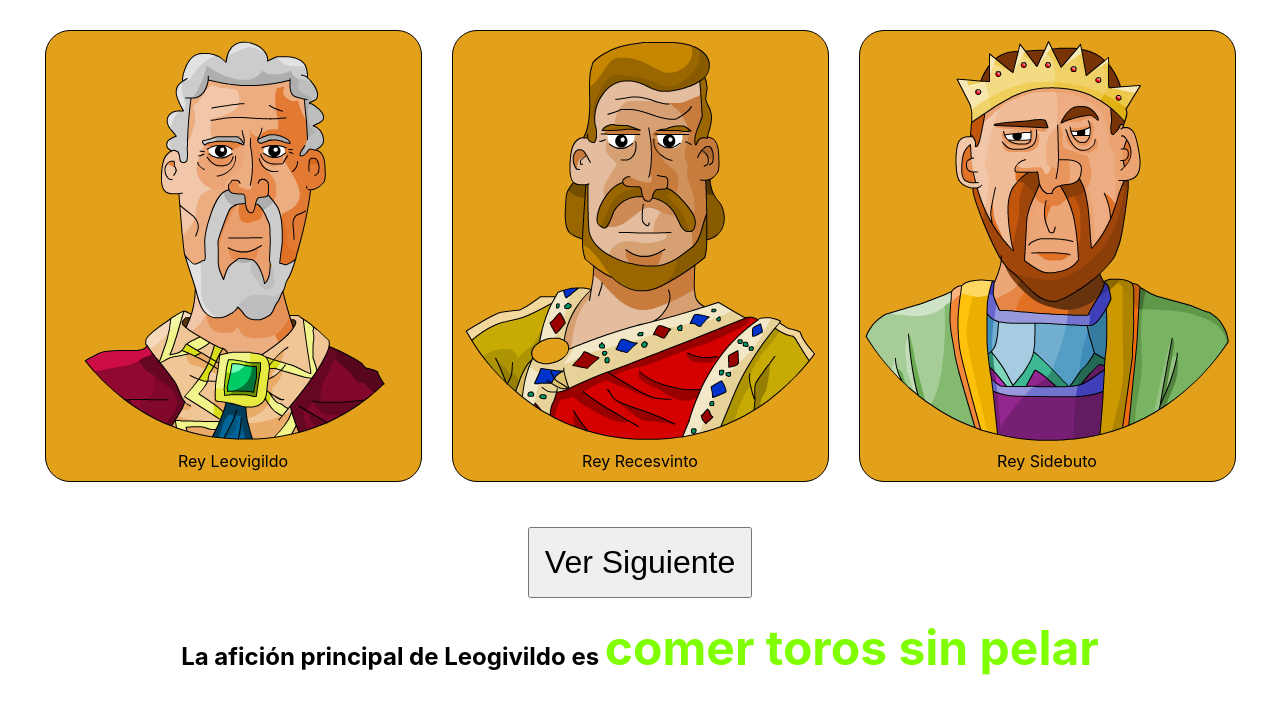
Repository: abgdev1997/ejercicios-react
Page: /
An editor plug-in stored every save of this project. The page is shown before and after the next save, followed by the edit.
The browser window is 1280 px wide. The pictures show the whole page.
The project was rebuilt for these pictures with package versions that can differ from the ones it lists, and the page was loaded fresh each time.

Above is the page before, as saved 2022-02-22 13:39:09.

After the next save:
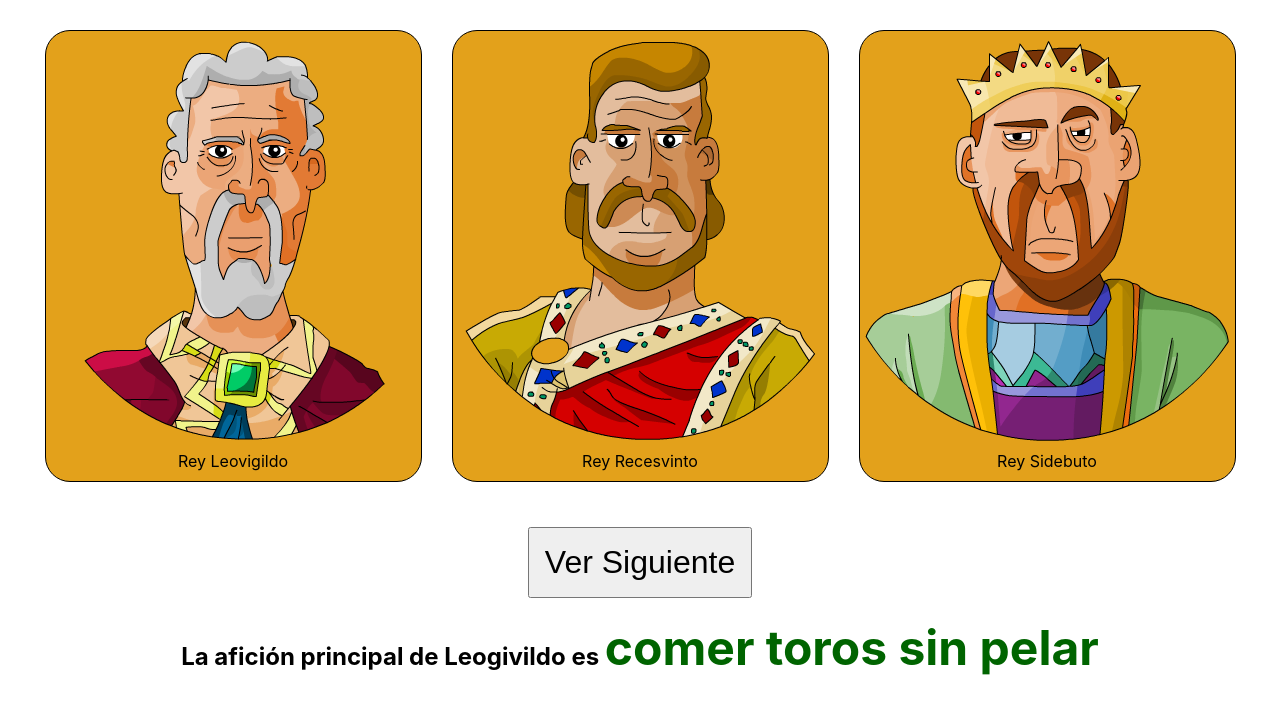
Saved 16 s later.
--- a/src/App.css
+++ b/src/App.css
@@ -42,6 +42,6 @@
 }
 
 .textoVerde{
-  color: chartreuse;
+  color: darkgreen;
   font-size: 3rem;
 }
